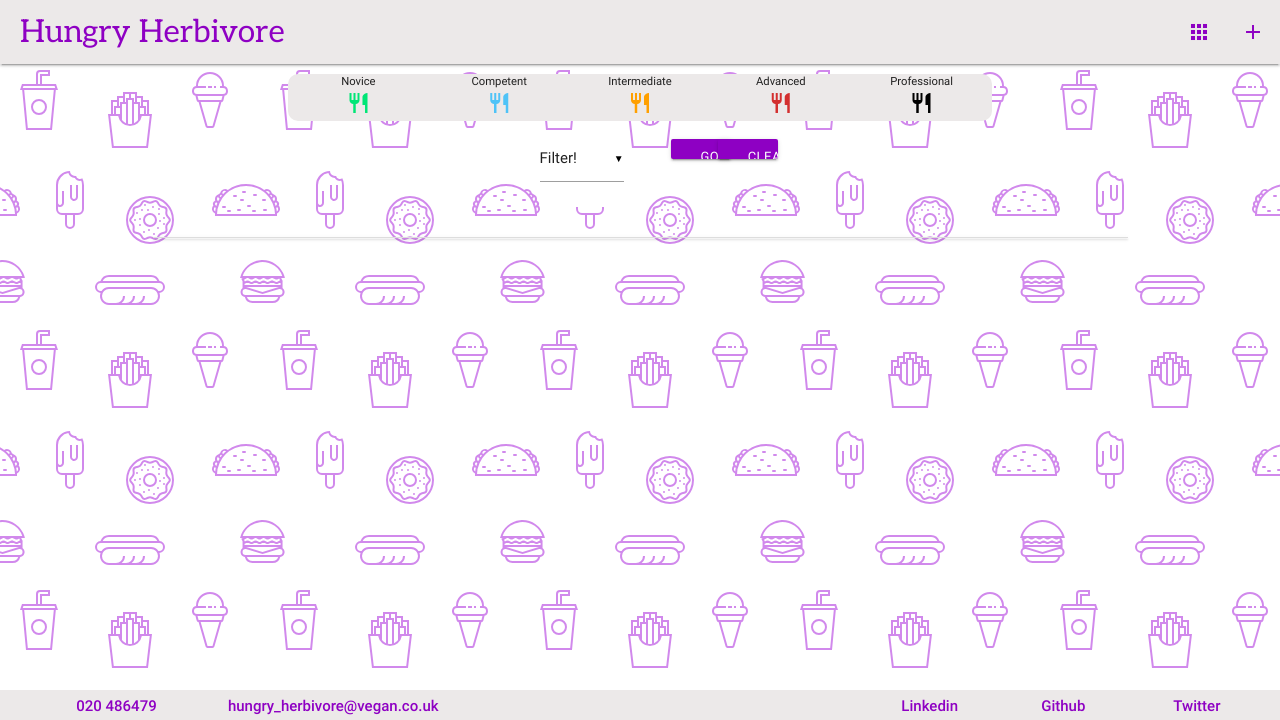
Repository: tgarratt/HungryHerbivore-Milestone3
Page: templates/recipes.html
The author's editor kept a record of every edit. The page is drawn from the files as they stood at one moment, then again after the next edit.
The browser window is 1280 px wide. The pictures show the whole page.
The template is drawn by Flask 3. The application's start-up code is not run. The template is opened directly, without the code that normally fills it, so the values that code supplies are empty.

Above is the page before.

After the next edit:
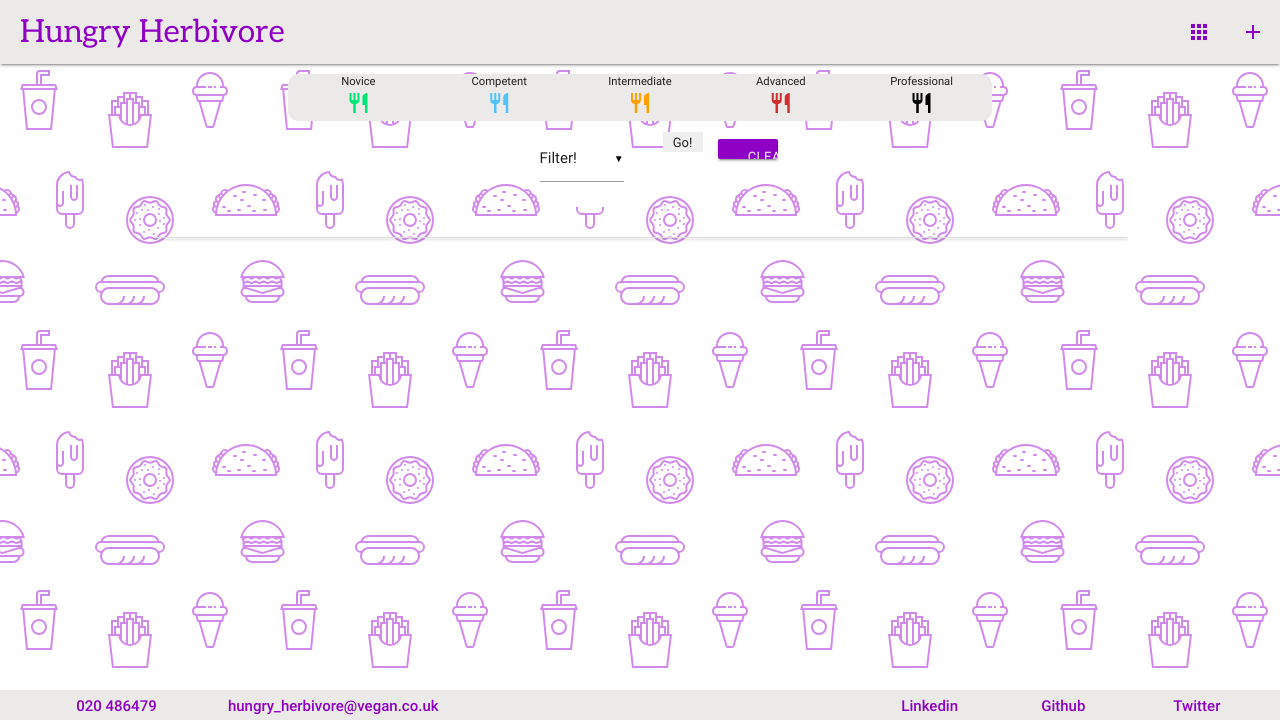
The edit:
--- a/templates/recipes.html
+++ b/templates/recipes.html
@@ -41,7 +41,7 @@
             </div>
             <div class="row col m6">
                 <div class="col m6">
-                    <button class="btn waves-effect waves-light buttons buttons-hover search-button" type="submit" name="action">Go!</button>
+                    <button class="buttons-hover search-button" type="submit" name="action">Go!</button>
                 </div>
                 <div class="col m6">
                     <a href="{{url_for('get_recipes')}}" class="waves-effect waves-light btn buttons buttons-hover search-button">Clear!</a>
